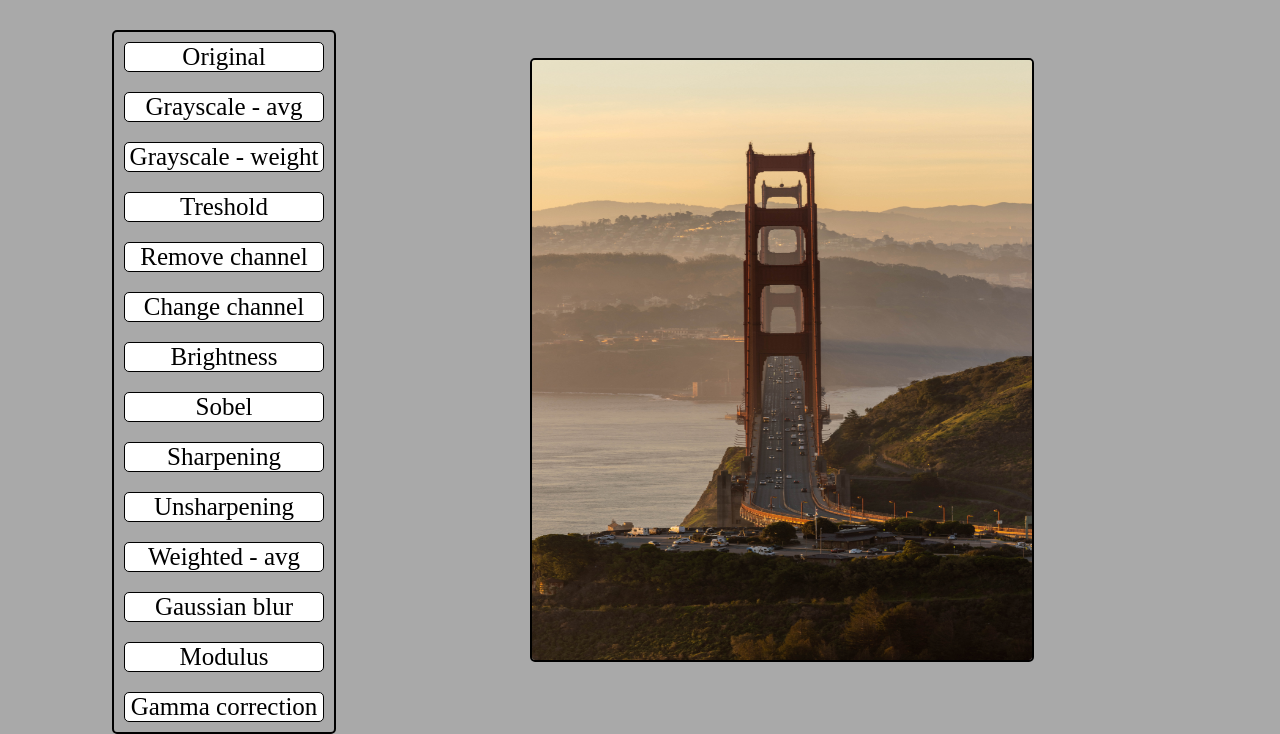
Repository: fussionko/web_photoshop
Page: index.html
These files come from the project's save history. The page is drawn as it stood at one moment and after the next save; the edit follows.
The browser window is 1280 px wide. The pictures show the whole page.
Some web libraries are served in a nearby version.

Above is the page before, as saved 2022-05-11 15:21:39.

### index.html
<!doctype html>
<html lang="en">
    <head>
        <meta charset="utf-8">
        <meta name="viewport" content="width=device-width, initial-scale=1">

        <title>Slike</title>
        <link rel="stylesheet" href="style.css">
    </head>
    <body>
        <div id="container-left">
            <div id="container-buttons">
                <div class="button" id="original">Original</div>
                <div class="button" id="gr_avg">Grayscale - avg</div>
                <div class="button" id="gr_w">Grayscale - weight</div>
                <div class="button" id="tr">Treshold</div>
                <div class="button" id="c_r">Remove channel</div>
                <div class="button" id="c_c">Change channel</div>
                <div class="button" id="b">Brightness</div>
                <div class="button" id="s">Sobel</div>
                <div class="button" id="sh">Sharpening</div>
                <div class="button" id="un">Unsharpening</div>
                <div class="button" id="w_avg">Weighted - avg</div>
                <div class="button" id="g">Gaussian blur</div>
                <div class="button" id="m">Modulus</div>
                <div class="button" id="gam">Gamma correction</div>
            </div>
        </div>
        <div id="container-middle">
            <canvas id="main-canvas"></canvas>
            <div id="container-controls"></div>
        </div>
        <div id="container-right"></div>
        <!-- <div id="container-main">

            <div id="container-buttons"></div>
            <div id="container-controls"></div>
        </div>
        <div id="container-assist">
            <div id="container-history"><div id="history-back"></div><div id="history-fow"></div><div id="history-reset"></div></div>
            <div id="container-color">
                <input type="color" id="color" value="#000000">
                <input type="number" id="brush-size" step="1" value="4">
                <select id="cap-type">
                    <option value="butt">Butt</option>
                    <option value="round" selected>Okroglo</option>
                    <option value="square">Kvadrat</option>
                </select>
            </div>
        </div>
        <div id="container-histogram">
            <div>
                <canvas id="main-chart"></canvas>
            </div>
            <div>
                <canvas id="main-graph"></canvas>
            </div>
            <div id="container-graph-data">
                <select id="basket-num"></select>
            </div>
        </div> -->
        <script src="https://cdnjs.cloudflare.com/ajax/libs/Chart.js/3.7.1/chart.min.js"></script>
        <script src="filters.js"></script>
        <script src="draw.js"></script>
        <script src="history.js"></script>
        <script src="graph.js"></script>
        <script src="main.js"></script>
    </body>
</html>

### style.css
html {
    margin: 0;
    width: 100%;
    height: 100%;

    background-color: #A9A9A9 !important;
}
body {
    margin: 0;

    display: flex;
    flex-direction: row;
    justify-content: space-around;
    align-items: stretch;

    font-size: 25px;
    background-color: #A9A9A9 !important;
    width: 100%;
    height: 100%;
}

#container-left {
    display: flex;
    flex-direction: column;
    align-items: stretch;
}

#container-buttons {
    align-self: stretch;
    display: flex;
    flex-direction: column;
    justify-content: space-evenly;

    margin: 30px;
    border: 2px solid black;
    border-radius: 5px;
    width: 220px;

}

.button {
    margin: 10px;
    border: 1px solid black;
    border-radius: 5px;
    text-align: center;
    background-color: white;
}

#main-canvas {
    border: 2px solid black;
    border-radius: 5px;

}

#container-middle {
    display: flex;
    flex-direction: column;
    justify-self: center;
    align-self: center;
}

### draw.js
function loadDraw()
{
    document.addEventListener('mousemove', draw);
    document.addEventListener('mousedown', function(e){
        setPosition(e);
        draw(e);
    });
    document.addEventListener('mouseenter', setPosition);
    document.addEventListener('mouseup', function(e){
        if(e.clientX > canvas_x_position + canvas_width || e.clientX < canvas_x_position) return;
        if(e.clientY > canvas_y_position + canvas_height || e.clientY < canvas_y_position) return;
        loadImage(getPixelData());
    });

    document.getElementById("color").addEventListener("change", function(){
        draw_color = this.value;
    });

    document.getElementById("brush-size").addEventListener("change", function(){
        brush_size = parseInt(this.value);
    });

    document.getElementById("cap-type").addEventListener("change", function(){
        cap_type = this.value;
    });
}

let pos = {x:0, y:0}

function setPosition(e)
{
    pos.x = e.clientX - canvas_x_position;
    pos.y = e.clientY - canvas_y_position;
}

let draw_color = "#000000";
let brush_size = 4;
let cap_type = "round";
function draw(e)
{
    if (e.buttons !== 1) return;

    main_ctx.beginPath(); // begin

    main_ctx.lineWidth = brush_size;
    main_ctx.lineCap = cap_type;
    main_ctx.strokeStyle = draw_color;

    main_ctx.moveTo(pos.x, pos.y); // from
    setPosition(e);
    main_ctx.lineTo(pos.x, pos.y); // to

    main_ctx.stroke(); // draw it!


}

function delete_draw(e)
{
    if (e.buttons !== 1) return;

    main_ctx.beginPath(); // begin

    main_ctx.lineWidth = brush_size;
    main_ctx.lineCap = 'round';
    main_ctx.strokeStyle = draw_color;

    main_ctx.moveTo(pos.x, pos.y); // from
    setPosition(e);
    main_ctx.lineTo(pos.x, pos.y); // to

    main_ctx.stroke(); // draw it!
}

### history.js
function loadHistory()
{
    document.getElementById("history-back").addEventListener("click", function(){
        if(moveBackwardHistory() == -1) return;
        loadImageHistory();
    })

    document.getElementById("history-fow").addEventListener("click", function(){
        if(moveFowardHistory() == -1) return;
        loadImageHistory();
    })

    document.getElementById("history-reset").addEventListener("click", function(){
        let draw_image = new ImageData(canvas_width, canvas_height);
        draw_image.data.set(original_img_data);
        history = [draw_image.data];
        currentHistoryIndex = 1;
        current_filter_data["filter"] = "original";
        current_filter_data["index"] = 1;
        current_filter_data["data"] = draw_image.data;
        loadImageHistory();
    })
}

let history = [];
let currentHistoryIndex = 0;
function addToHistory(img_data)
{
    if(checkSame(img_data, history[history.length-1]) == 1) return;
    if(currentHistoryIndex != history.length)
        removeHistoryToIndex();

    history.push(img_data);
    currentHistoryIndex++;
}

function removeHistoryToIndex()
{
    history.splice(currentHistoryIndex, history.length-currentHistoryIndex)
}

function moveFowardHistory()
{
    if(currentHistoryIndex+1 > history.length) return -1;
    currentHistoryIndex++;
    return 1;
}

function moveBackwardHistory()
{
    if(currentHistoryIndex-1 <= 0) return -1;
    currentHistoryIndex--;
    return 1;
}

function getCurrentHistory()
{
    return history[currentHistoryIndex];
}

### graph.js
const graph_width = 265;
const graph_height = 250;

const chart_width = 600;
const chart_height = 500;

let main_graph;
let graph_ctx;

let chart_ctx;

let normalization_value = 35;
let graph_offset = 5;

let main_chart;

function initGraph()
{
    main_graph = document.getElementById("main-graph");
    graph_ctx = main_graph.getContext('2d');
    main_graph.width = graph_width;
    main_graph.height = graph_height;

    main_chart = document.getElementById("main-chart")
    chart_ctx = main_chart.getContext('2d');
    main_chart.width = chart_width;
    main_chart.height = chart_height;

    let select_basket = document.getElementById("basket-num")
    for(let i = 0; i <= 255; i++)
        if(255%i == 0)
        {
            let option = document.createElement("option");
            option.value = i;
            option.innerText = i;
            if(i == 255)
                option.selected = 1;
            select_basket.appendChild(option);
        }

    document.getElementById("basket-num").addEventListener("change", function(){
        let value = parseInt(this.value);
        basket_num = value;
        all_new_graphs(getPixelData());
    });

    clear_graph()
    create_graph()

    main_chart = new Chart(
        chart_ctx,
        config
    );

}

function all_new_graphs(img_data)
{
    clear_graph()
    create_graph()
    count_Pixel(img_data);

    updateLabels()
    addData(main_chart);



    normalizeGraph();
    draw_graph()
}

function clear_graph()
{
    graph_ctx.fillStyle = "#FFFFFF";
    graph_ctx.fillRect(0, 0, graph_width, graph_height);
}

let basket_num = 255;
let basket_size;
const graph_template = {
    "r":{},
    "g":{},
    "b":{}
}
let graph = JSON.parse(JSON.stringify(graph_template));

function create_graph()
{
    basket_size = 255/basket_num;
    graph = JSON.parse(JSON.stringify(graph_template));
    for(let i = 1; i <= basket_num; i++)
    {
        graph["r"][basket_size*i] = 0;
        graph["g"][basket_size*i] = 0;
        graph["b"][basket_size*i] = 0;
    }
}

function count_Pixel(img_data)
{
    let ranges = Object.keys(graph["r"]);

    for(let i = 0; i < img_data.length; i+=4)
    {
        for(const key in ranges)
            if(img_data[i] < parseInt(ranges[key]))
            {
                graph["r"][ranges[key]]++;
                break;
            }
        for(const key in ranges)
            if(img_data[i+1] < parseInt(ranges[key]))
            {
                graph["g"][ranges[key]]++;
                break;
            }
        for(const key in ranges)
            if(img_data[i+2] < parseInt(ranges[key]))
            {
                graph["b"][ranges[key]]++;
                break;
            }
    }
}

function normalizeGraph()
{
    for(const c in graph)
        for(const range in graph[c])
            graph[c][range] = Math.round(graph[c][range]/normalization_value);
}

let labels = [];
for(let i = 0; i<= 255; i++)
    labels[i] = i;


function updateLabels()
{
    labels = [];
    for(const label in graph["r"])
        labels.push(parseInt(label));
}


const data = {
    labels: labels,
    datasets: [
        {
            label: 'Red',
            data: [],
            borderColor: "#ff0000",
            backgroundColor: "#ff0000",
        },
        {
            label: 'Green',
            data: [],
            borderColor: "#00ff00",
            backgroundColor: "#00ff00",
        },
        {
            label: 'Blue',
            data: [],
            borderColor: "#0000ff",
            backgroundColor: "#0000ff",
        }
    ]
};

const config = {
    type: 'line',
    data: data,
    options: {
        responsive: false,
        plugins: {
            legend:
            {
                position: 'top',
            },
            title:
            {
                display: true,
                text: 'Histogram'
            }
        },
        scales: {
            xAxis: {
              ticks: {
                beginAtZero: true,
              }
            },
            yAxis: {
              ticks: {
                beginAtZero: true,
              }
            }
          },
          elements: {
            point:{
                radius: 0
            }
        },
        animations: {
            tension: {
              duration: 1000,
              easing: 'linear',
              from: 1,
              to: 0,
            }
          },
    },
};


function addData(chart) {
    chart.data.labels = labels;
    chart.data.datasets.forEach((dataset) => {
        dataset.data = [];
        if(dataset.label == "Red")
            for(const range in graph["r"])
                dataset.data.push(graph["r"][range]);
        else if(dataset.label == "Green")
            for(const range in graph["g"])
                dataset.data.push(graph["g"][range]);
        else if(dataset.label == "Blue")
            for(const range in graph["b"])
                    dataset.data.push(graph["b"][range]);
    });
    chart.update();
}


function draw_graph()
{
    graph_ctx.lineWidth = 1;

    for(let range in graph["r"])
    {
        range = parseInt(range);

        graph_ctx.beginPath();
        graph_ctx.moveTo(graph_offset+range, graph_height);
        graph_ctx.strokeStyle = "#FF0000";

        graph_ctx.lineTo(graph_offset+range, graph_height-graph["r"][range]);
        graph_ctx.stroke();
        graph_ctx.closePath();

        graph_ctx.beginPath();
        graph_ctx.moveTo(graph_offset+range, graph_height);
        graph_ctx.strokeStyle = "#00FF00";
        graph_ctx.lineTo(graph_offset+range, graph_height-graph["g"][range]);
        graph_ctx.stroke();
        graph_ctx.closePath();

        graph_ctx.beginPath();
        graph_ctx.moveTo(graph_offset+range, graph_height);
        graph_ctx.strokeStyle = "#0000FF";
        graph_ctx.lineTo(graph_offset+range, graph_height-graph["b"][range]);
        graph_ctx.stroke();
        graph_ctx.closePath();
    }
}

Loaded but not shown: main.js (435 lines, source omitted); filters.js (443 lines, source omitted)

After the next save:
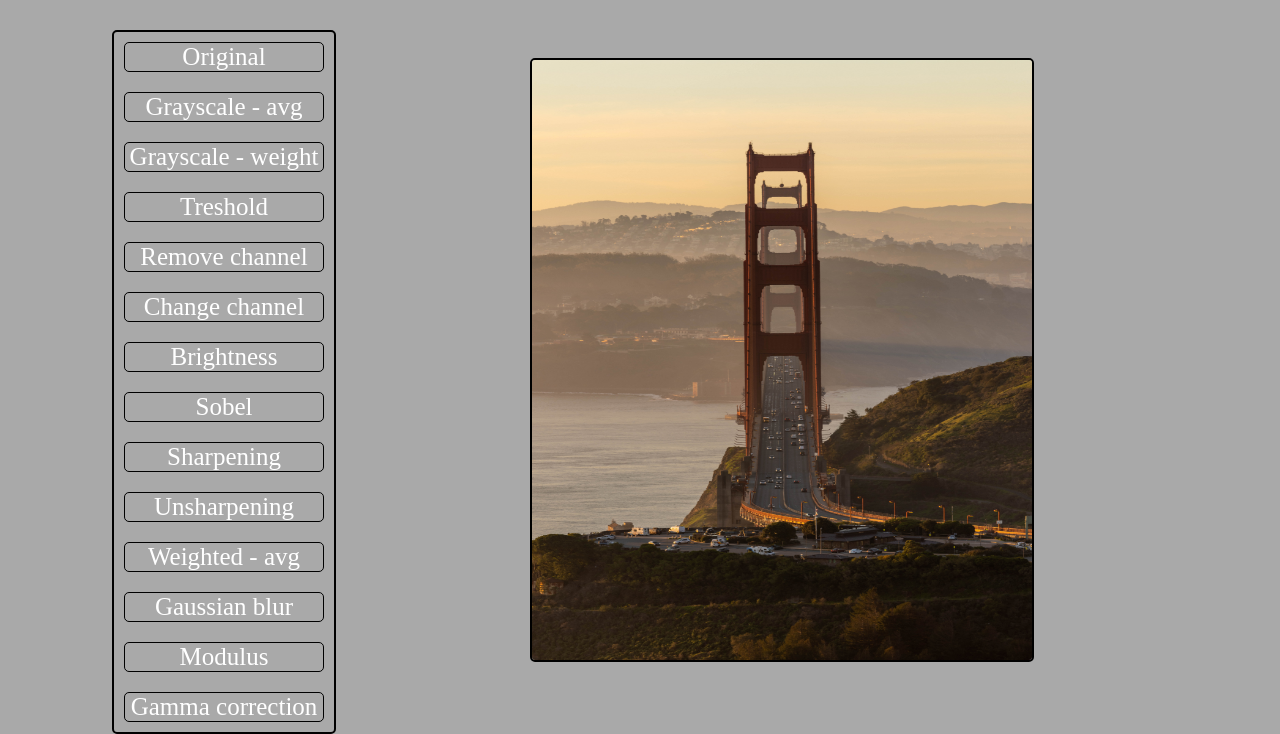
Saved 28 s later.
--- a/style.css
+++ b/style.css
@@ -43,7 +43,7 @@ body {
     border: 1px solid black;
     border-radius: 5px;
     text-align: center;
-    background-color: white;
+    color: white;
 }
 
 #main-canvas {
